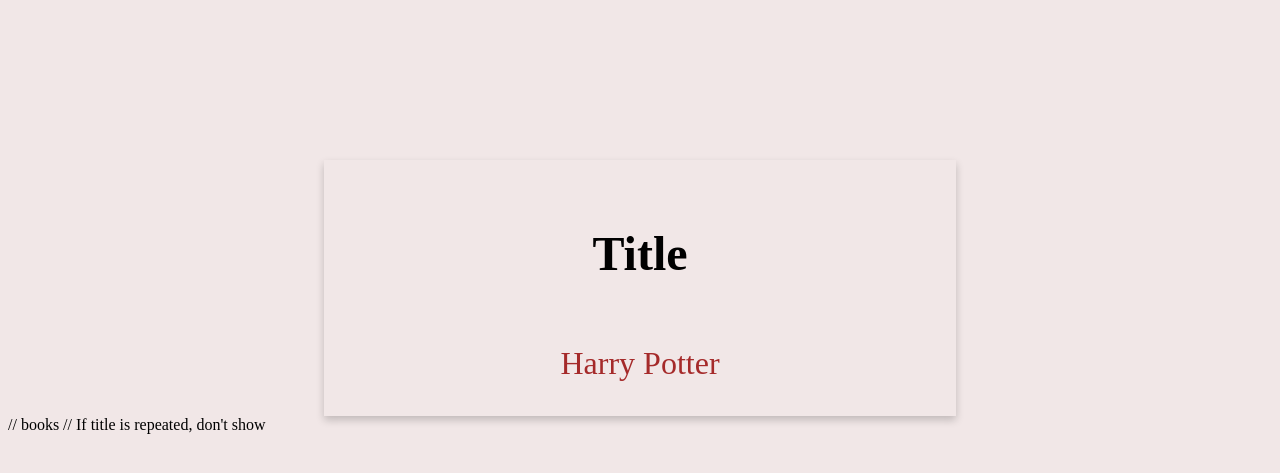
Repository: cyborgEneki/archangel-code-challenge
Page: index.html
The author's editor kept a copy of each file at every save. The page is drawn from the files as they stood at one save, then again after the next save.
The browser window is 1280 px wide. The pictures show the whole page.
The style sheet was rebuilt from its Sass, Less or Tailwind sources for each picture, by a compiler version that may differ from the author's.

Above is the page before, as saved 2020-11-05 14:06:31.

After the next save:
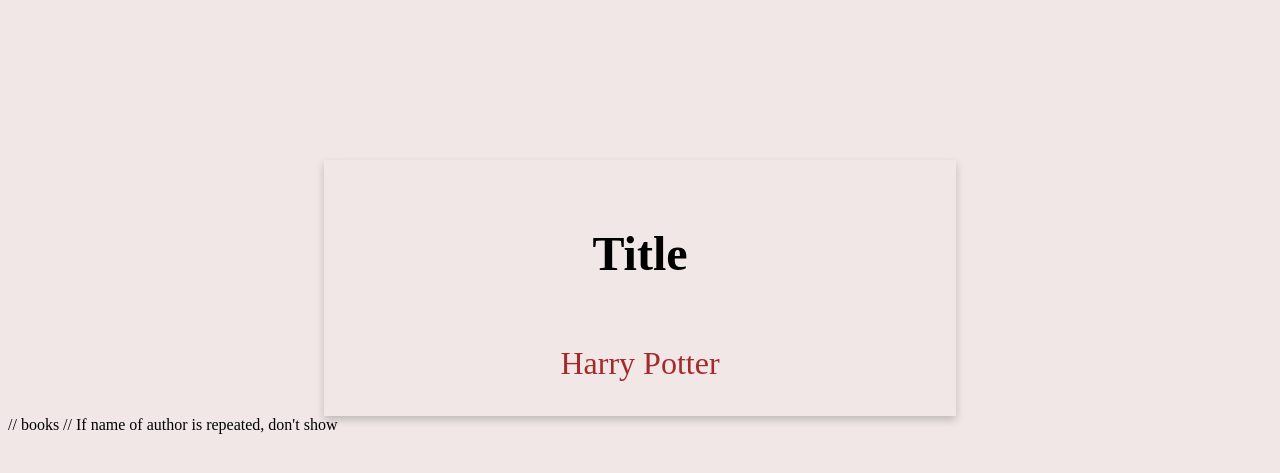
Saved 12 s later.
--- a/index.html
+++ b/index.html
@@ -26,4 +26,4 @@
                     <!-- <p class="card__text">{{compareEquality a b real makeBelieve}}!</p> -->
 
                     // books
-                    // If title is repeated, don't show
+                    // If name of author  is repeated, don't show
